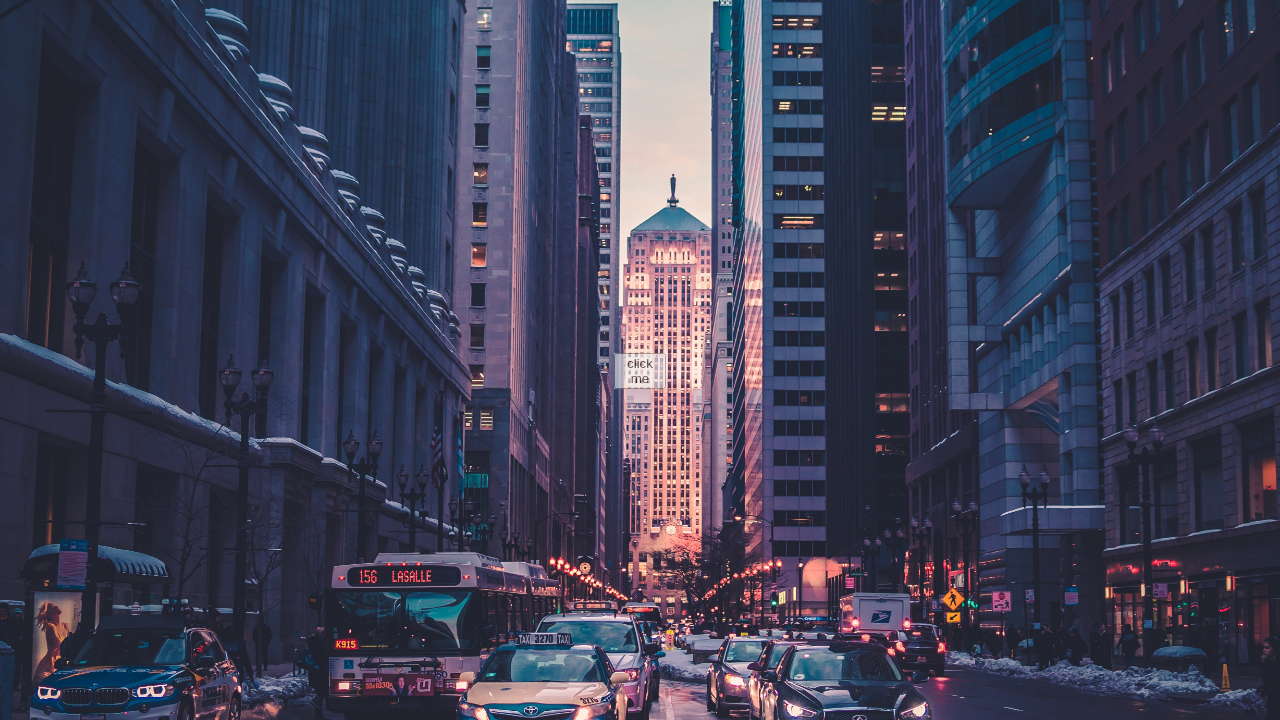
Repository: lamilekan263/random_advice
Page: /
These files come from the project's save history. The page is drawn as it stood at one moment and after the next save; the edit follows.
The browser window is 1280 px wide. The pictures show the whole page.
The page's requests for data from a server got no answer. The project was rebuilt for these pictures with package versions that can differ from the ones it lists, and the page was loaded fresh each time. No one was signed in, and anything a server would have sent is missing.

Above is the page before, as saved 2020-08-10 14:21:14.

### src/App.js
import React from 'react';
import './App.css';
import axios from 'axios'

class App extends React.Component{

  state = {
    advice : ''
  }
 componentDidMount(){
    this.getAdvice()
  }

  getAdvice = ()=>{
    axios.get('https://api.adviceslip.com/advice')
    .then((response) =>{
      const { advice } = response.data.slip;
      console.log(advice)
      this.setState({ advice })
    })

  }

  render(){
    return(
      <div className="app">
        <div className="card">
          <h1> {this.state.advice}</h1>

          <button onClick = {this.getAdvice}>click me</button>
        </div>
      </div>
    )
  }
}


export default App

### src/App.css
body{
  margin:0;
  padding: 0;
  background-image: url('./bg.jpg');
  background-size: cover;
  background-repeat: no-repeat;
  height:100vh;
  background-position: center;
  background-color: rgba(0,0,05 rgba(0,0,04));
  display:flex;
  justify-content: center;
  text-align:center;
  align-items: center;
}

.card{
  width:80%;
  margin: 0 auto;
  background-color: white;
  opacity:0.6;
}

Loaded but not shown: public/index.html (common file); src/index.js (common file); src/index.css (common file); src/serviceWorker.js (common file)

After the next save:
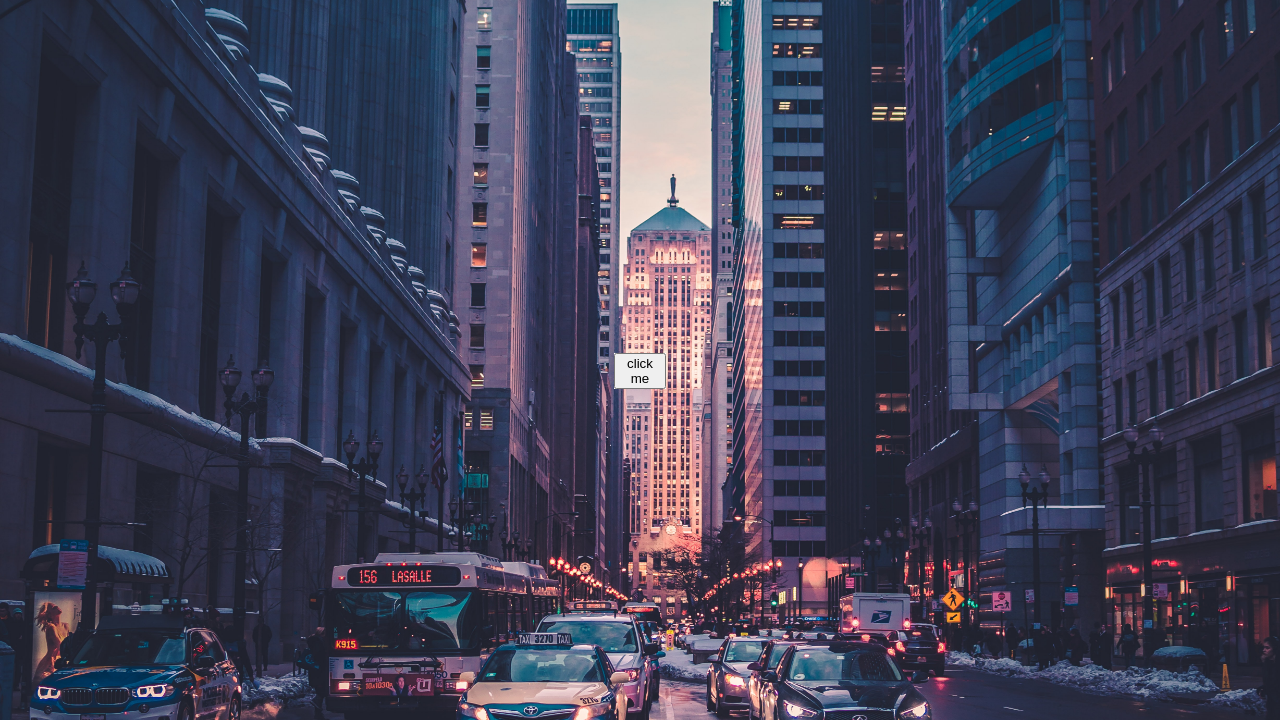
Saved 9 s later.
--- a/src/App.css
+++ b/src/App.css
@@ -17,5 +17,5 @@ body{
   width:80%;
   margin: 0 auto;
   background-color: white;
-  opacity:0.6;
+
 }
